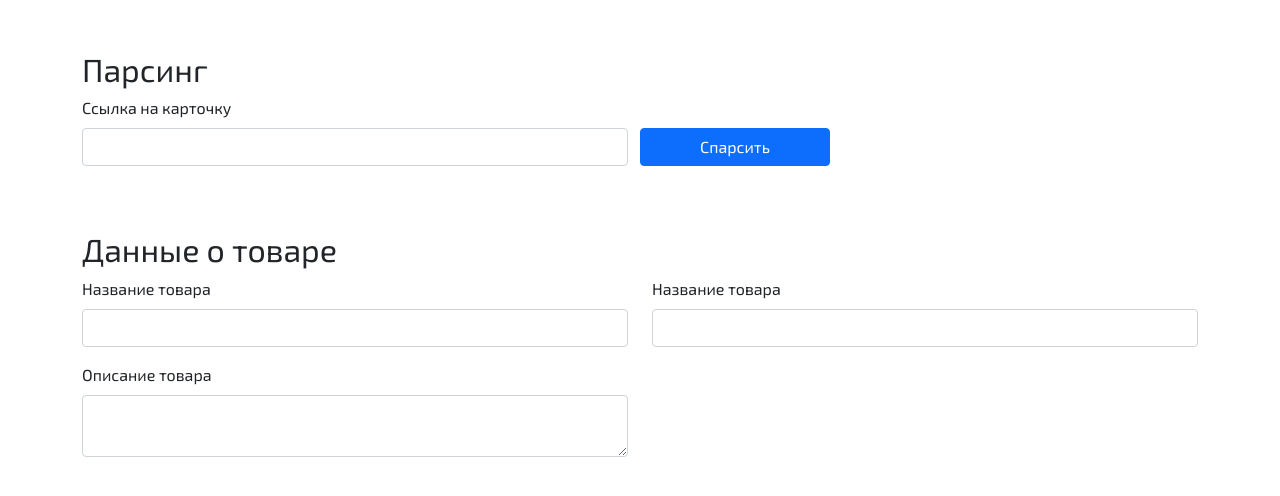
Repository: yozuul/wildberries-product-card-parser-api-exchange
Page: public/index.html
These files come from the project's save history. The page is drawn as it stood at one moment and after the next save; the edit follows.
The browser window is 1280 px wide. The pictures show the whole page.

Above is the page before, as saved 2021-08-18 20:02:24.

### public/index.html
<!DOCTYPE html>
<html lang="en">

<head>
   <meta charset="UTF-8">
   <meta http-equiv="X-UA-Compatible" content="IE=edge">
   <meta name="viewport" content="width=device-width, initial-scale=1.0">
   <title>Document</title>
   <link href="https://cdn.jsdelivr.net/npm/bootstrap@5.1.0/dist/css/bootstrap.min.css" rel="stylesheet" integrity="sha384-KyZXEAg3QhqLMpG8r+8fhAXLRk2vvoC2f3B09zVXn8CA5QIVfZOJ3BCsw2P0p/We" crossorigin="anonymous">
   <link rel="stylesheet" href="style.css">

</head>

<body>
   <div class="container">
      <form class="row parser_form_wrapper align-items-end">
            <div class="mb-3 col-6">
               <h2>Парсинг</h2>
               <label for="cardProductURL" class="form-label">Ссылка на карточку</label>
               <input type="text" class="form-control" id="cardProductURL">
            </div>
            <button type="submit" class="btn btn-primary mb-3 col-2">Спарсить</button>
          </form>
      </div>


    <form class="container mt-5">
       <div class="row">
          <h2 class="col-12">Данные о товаре</h2>
          <div class="col">
            <div class="mb-3">
               <label for="productName" class="form-label">Название товара</label>
               <input type="text" class="form-control" id="productName">
            </div>
            <div class="mb-3">
               <label for="productName" class="form-label">Описание товара</label>
               <textarea type="text" class="form-control" id="productName"></textarea>
            </div>
          </div>
          <div class="col">
            <label for="productName" class="form-label">Название товара</label>
            <input type="text" class="form-control" id="productName">
          </div>
       </div>
    </form>

   <!-- <form class="productFormWrapper">
      <div class="productFormWrapperLeft productForm">
            <h3>Данные о товаре</h3>
            <div class="inputWrapper">
               <p>Название товара</p>
               <input type="text" name="productName" id="productName">
            </div>
            <div class="inputWrapper">
               <p>Описание товара</p>
               <textarea name="productDesc" id="productDesc"></textarea>
            </div>
            <div class="inputWrapper">
               <p>Бренд</p>
               <input type="text" name="productBrand" id="productBrand">
            </div>
            <div class="inputWrapper">
               <p>Цена</p>
               <input type="text" name="productPrice" id="productPrice">
            </div>
            <div class="inputWrapper">
               <p>Изображения</p>
            </div>
      </div>
      <div class="productFormWrapperRight productForm">
         <h3>Описание и характеристики</h3>
      </div>
   </form> -->
   <script src="index.js"></script>
</body>

</html>

### public/style.css
@import url('https://fonts.googleapis.com/css2?family=Exo+2&display=swap');

* {
   font-family: 'Exo 2', sans-serif;
}

body {
   padding: 0;
   margin: 0;
}

.parser_form_wrapper {
   margin-top: 50px;
}
/* .productFormWrapper, .parseFormWrapper {
   max-width: 1200px;
   margin: auto;
   padding-top: 25px;
   padding-bottom: 25px;
}
.parseFormWrapper {
   border-bottom: 1px dotted #9999;
}
.productFormWrapper {
   display: flex;
}
.productFormWrapperLeft {
   margin-right: 50px;
}
.parseForm {
   display: flex;
   flex-wrap: wrap;
   max-width: 550px;
}
.parseForm input {
   width: 550px;
   margin-bottom: 20px;
}
.productForm {
}
.productForm input, .productForm textarea {
   width: 550px;
}
.productForm textarea {
   height: 100px;
   resize: none;
}
.parseFormWrapper p, .productFormWrapper p {
   margin-bottom: 8px;
   margin-top: 0;
}
.inputWrapper {
   margin-bottom: 15px;
} */

Loaded but not shown: index.js (no copy from this time; the picture is the same without it)

After the next save:
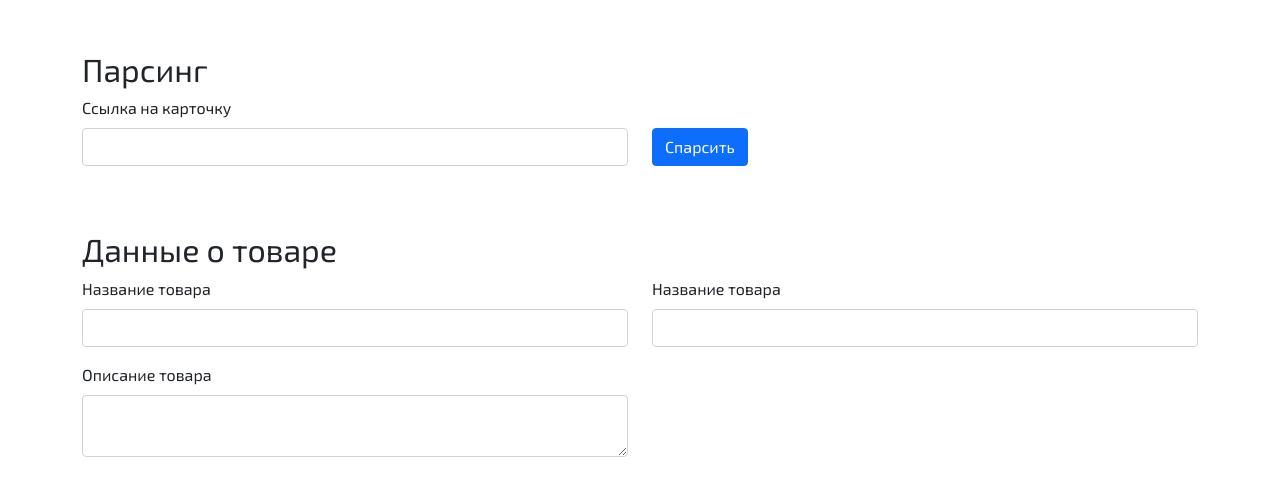
Saved 50 s later.
--- a/public/index.html
+++ b/public/index.html
@@ -19,7 +19,9 @@
                <label for="cardProductURL" class="form-label">Ссылка на карточку</label>
                <input type="text" class="form-control" id="cardProductURL">
             </div>
-            <button type="submit" class="btn btn-primary mb-3 col-2">Спарсить</button>
+            <div class="col-2 mb-3">
+               <button type="submit" class="btn btn-primary">Спарсить</button>
+            </div>
           </form>
       </div>
 
